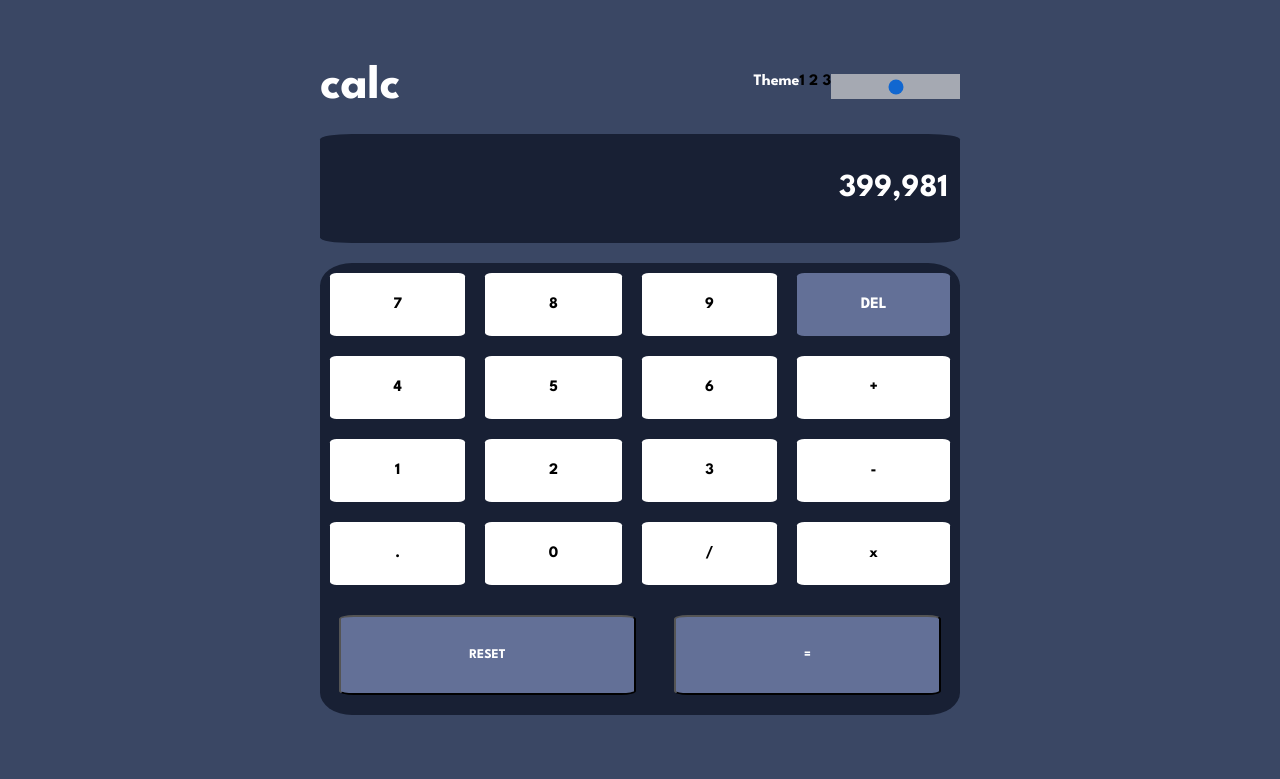
Repository: DevLaukey/calc-with-css-js
Page: index.html
An editor plug-in stored every save of this project. The page is shown before and after the next save, followed by the edit.
The browser window is 1280 px wide. The pictures show the whole page.

Above is the page before, as saved 2022-05-18 14:30:26.

After the next save:
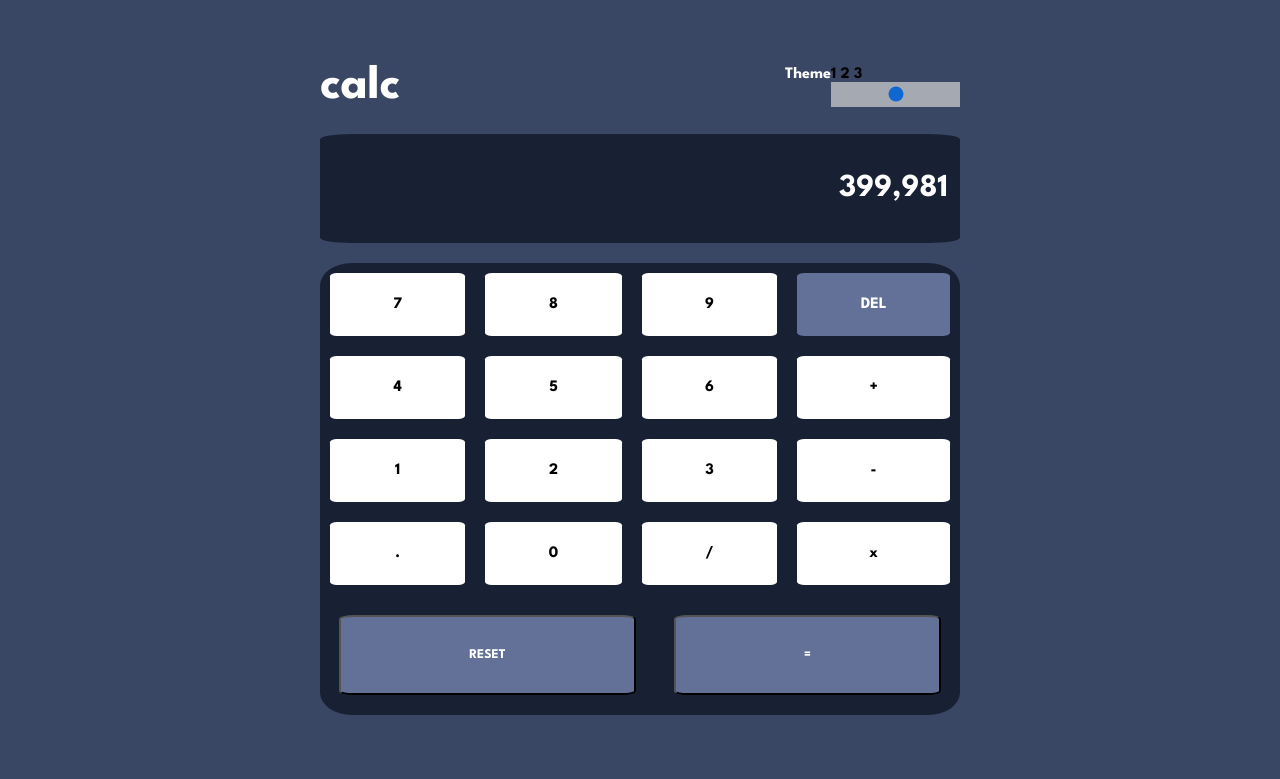
Saved 18 s later.
--- a/index.html
+++ b/index.html
@@ -23,8 +23,8 @@
           <div class="text">
             <p class="calculator__smallText">Theme</p>
           </div>
-
-            <p class="calculator__smallText">1 2 3</p>
+<div class="class-slider">
+<p class="calculator__smallText">1 2 3</p>
             <div class="calculator__block">
               <input
                 class="slider"
@@ -35,6 +35,8 @@
                 id=""
               />
             </div>
+</div>
+
         </div>
       </header>
       <div class="calculator__display">
